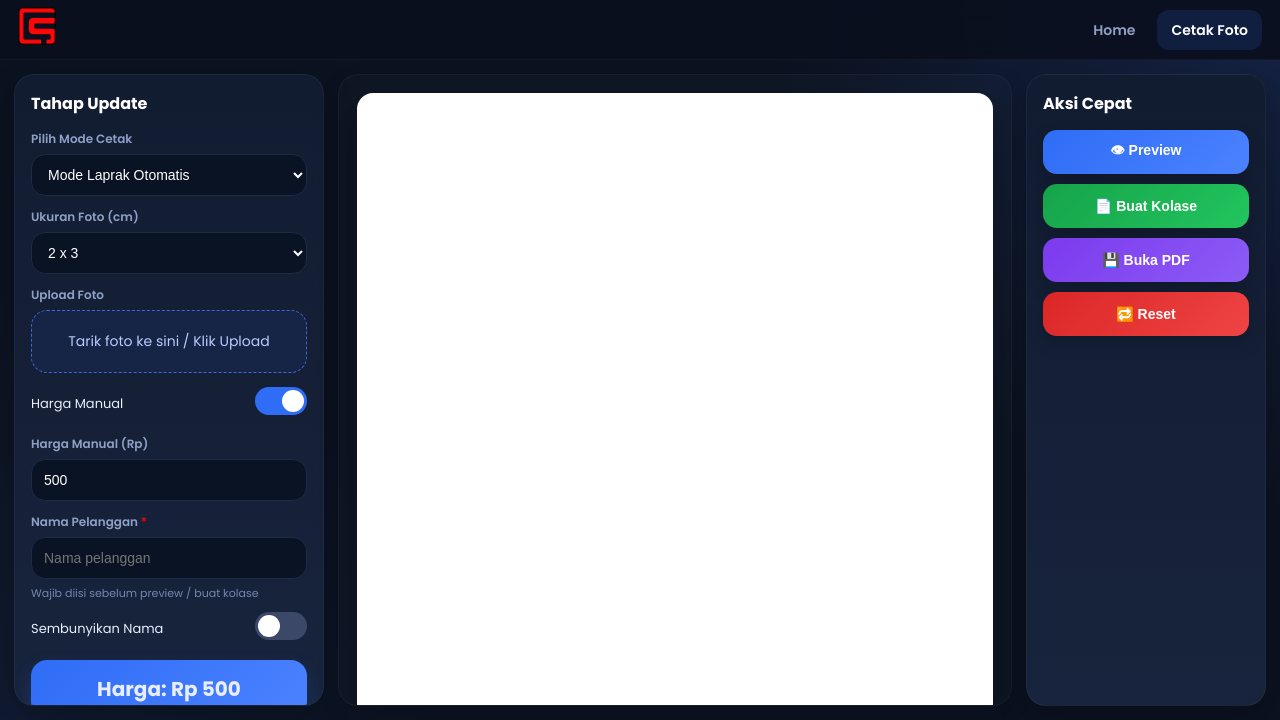
Repository: procinema22/hiisedulurfc
Page: cetakfoto.html
An editor plug-in stored every save of this project. The page is shown before and after the next save, followed by the edit.
The browser window is 1280 px wide. The pictures show the whole page.
The first `.switch input` is checked.
An inner scrolling area shows only its first screen.

Above is the page before, as saved 2026-04-29 19:20:55.

After the next save:
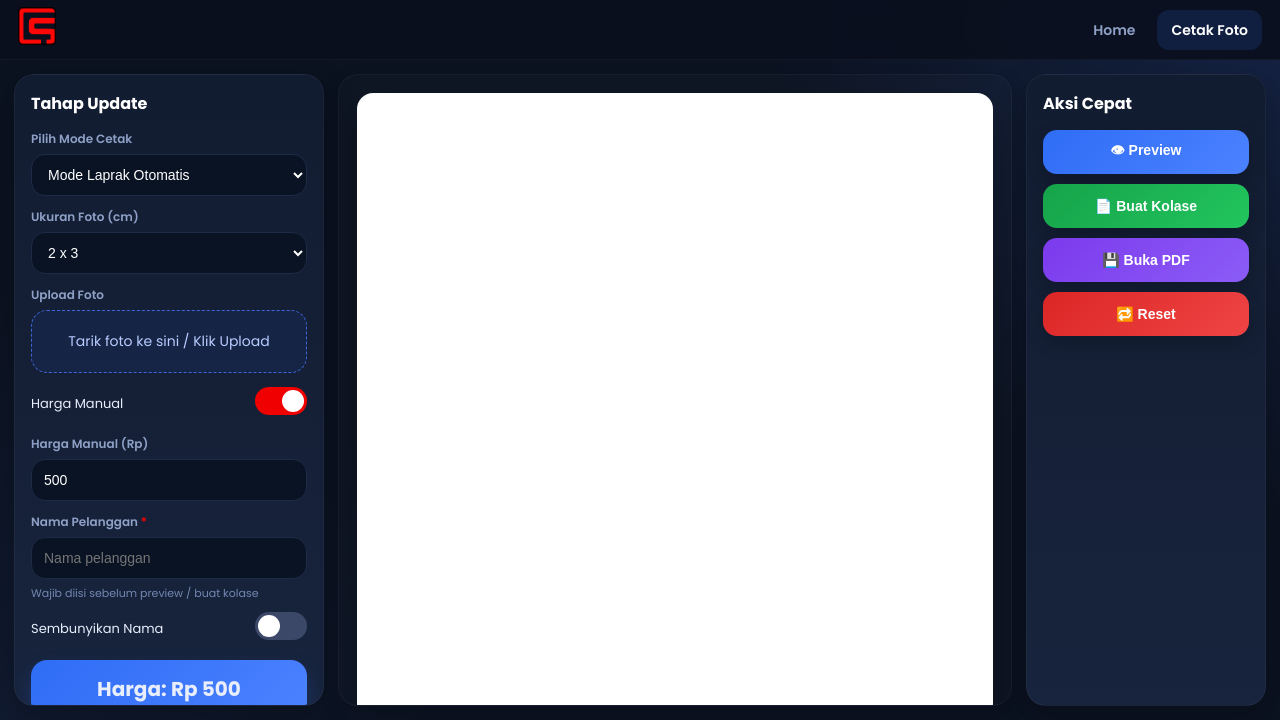
Saved 78 s later.
--- a/css/cetak.css
+++ b/css/cetak.css
@@ -284,7 +284,7 @@ small{
 }
 
 .switch input:checked + .slider{
-  background:var(--primary);
+  background:#f00000;
 }
 
 .switch input:checked + .slider:before{
